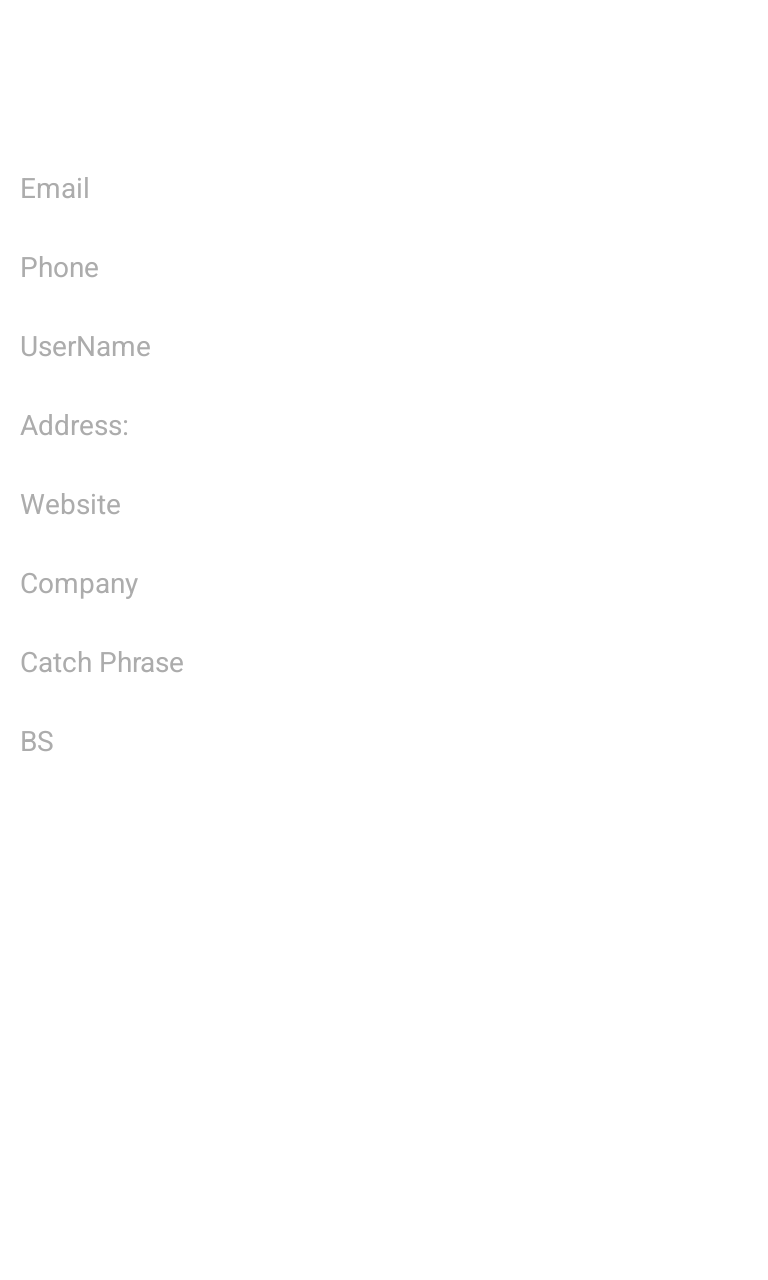
Repository: thomknot/Contact-List
Layout: Contacts/res/layout/detail_contact.xml
The author's editor kept a copy of each file at every save. The layout is drawn from the files as they stood at one save, then again after the next save.
It is drawn on a 768 x 1280 px phone screen (xhdpi) without system bars, with theme AppTheme; the app's code is not run.

Above is the layout before, as saved 2015-05-12 02:09:59.

After the next save:
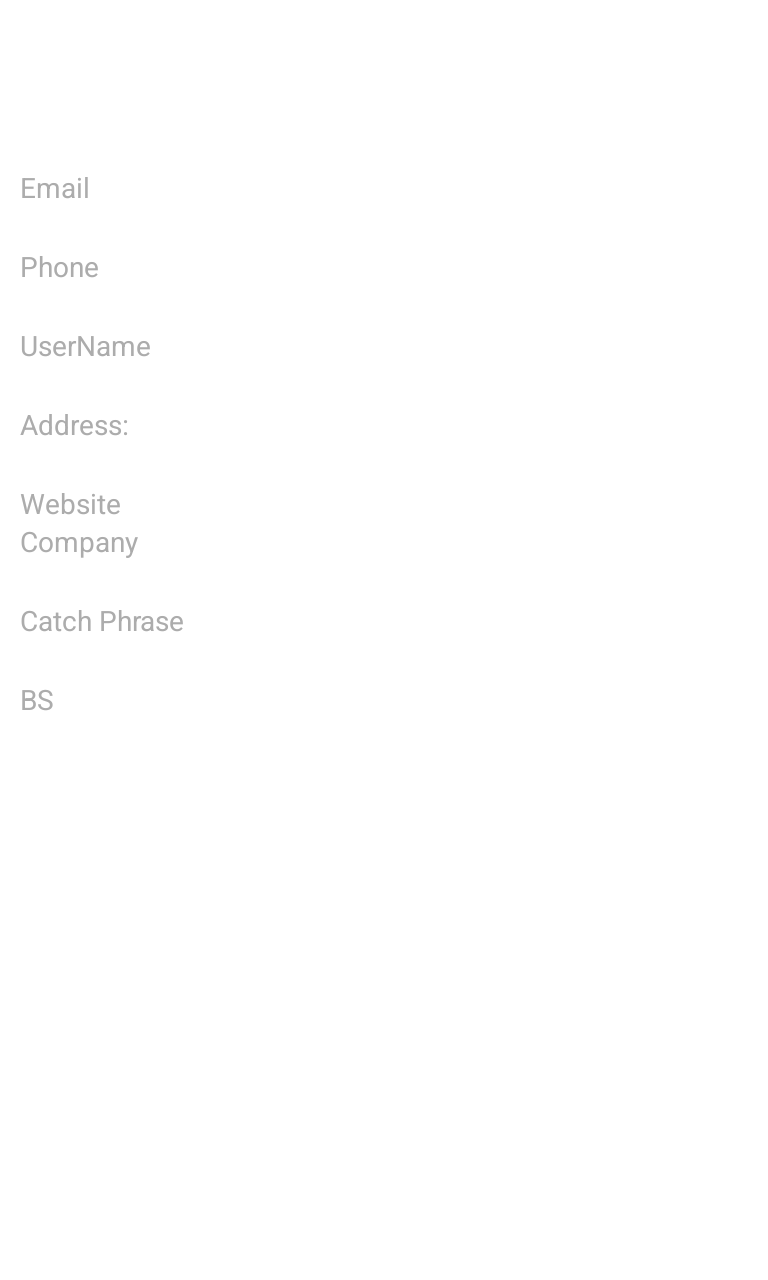
Saved 6 min 1 s later.
--- a/Contacts/res/layout/detail_contact.xml
+++ b/Contacts/res/layout/detail_contact.xml
@@ -90,12 +90,14 @@
       		android:layout_width="fill_parent"
       		android:layout_height="wrap_content"
       		android:textStyle="bold"
-      		android:textSize="15dip"/>
+      		android:textSize="15dip"
+      		android:visibility="gone"/>
     <TextView android:id="@+id/company2_label"
             android:layout_width="fill_parent"
             android:layout_height="wrap_content"
             android:text="Company"
-            android:textColor="#acacac"/>
+            android:textColor="#acacac"
+            />
 
   <TextView android:id="@+id/catchphrase_label"
       		android:layout_width="fill_parent"
